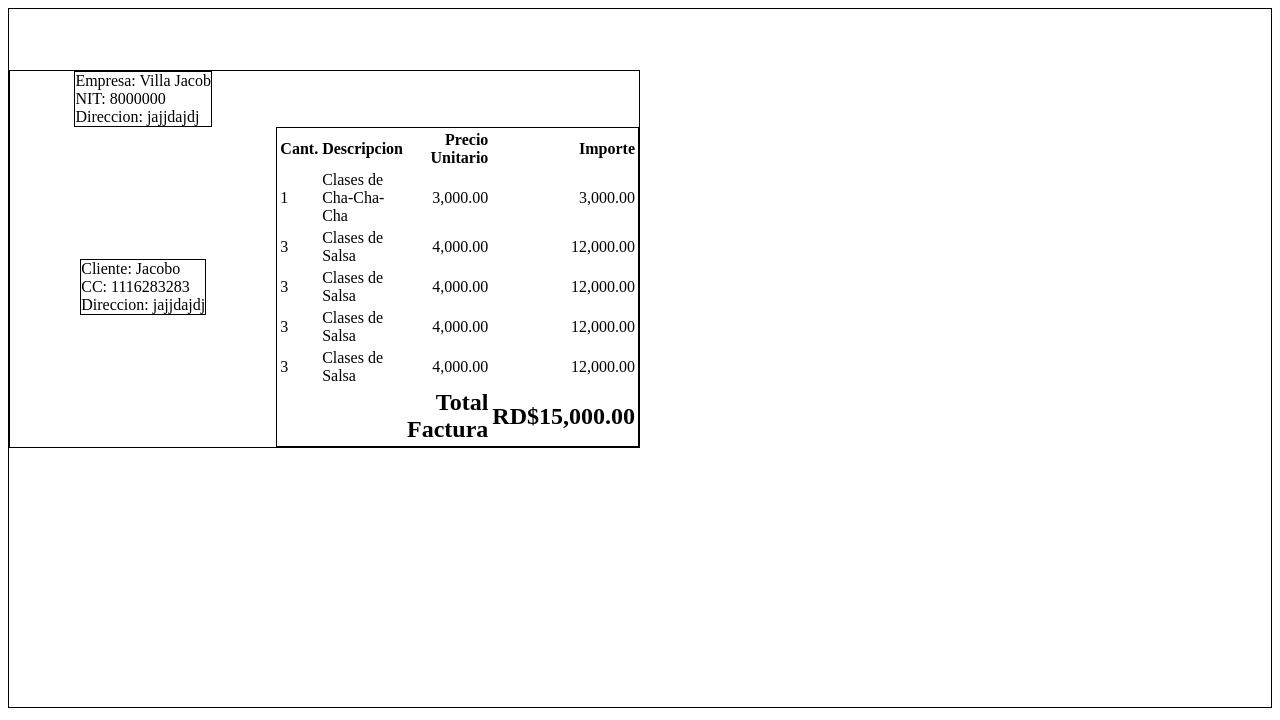
Repository: MrVanQish/FacturaEstructura
Page: index.html
An editor plug-in stored every save of this project. The page is shown before and after the next save, followed by the edit.
The browser window is 1280 px wide. The pictures show the whole page.

Above is the page before, as saved 2021-09-29 10:32:27.

After the next save:
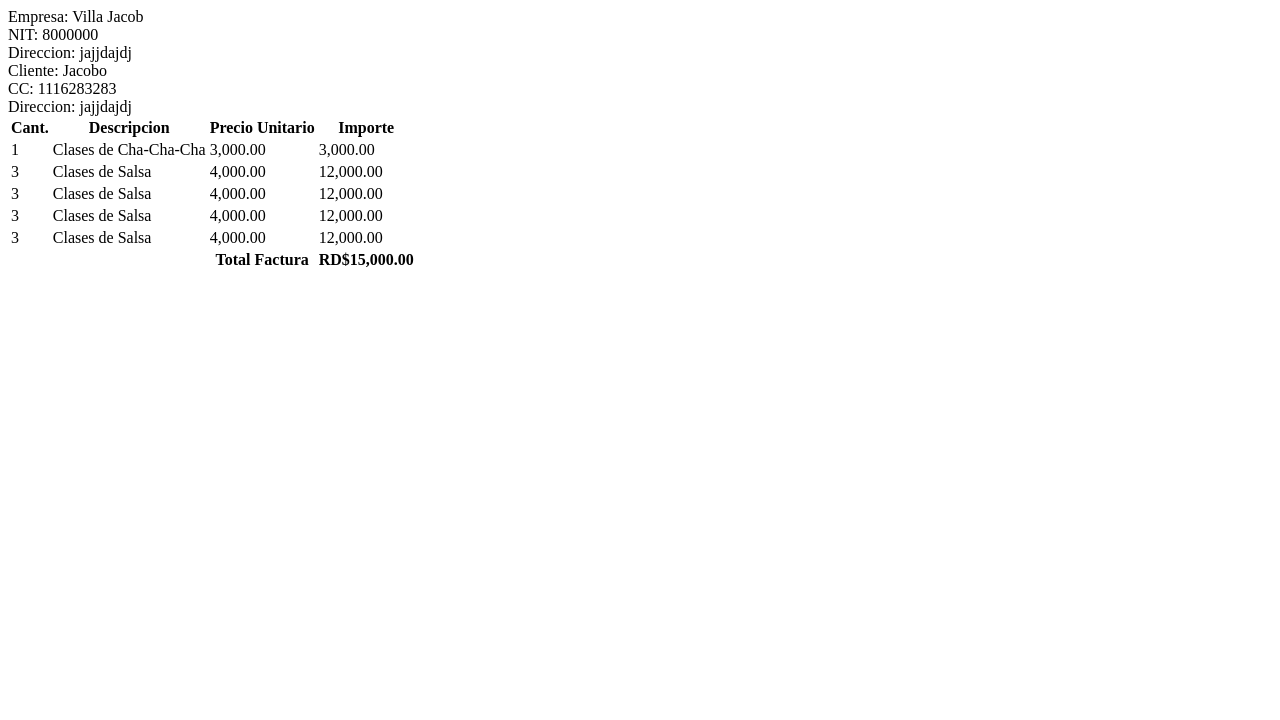
Saved 3 min 50 s later.
--- a/styles.css
+++ b/styles.css
@@ -2,7 +2,7 @@
     size: A4 landscape;
 }
 
-.factura {
+/* .factura {
   table-layout: fixed;
 }
 
@@ -75,4 +75,4 @@
     border: 1px solid #000;
     align-self: center;
     justify-self: center;
-}
+} */
